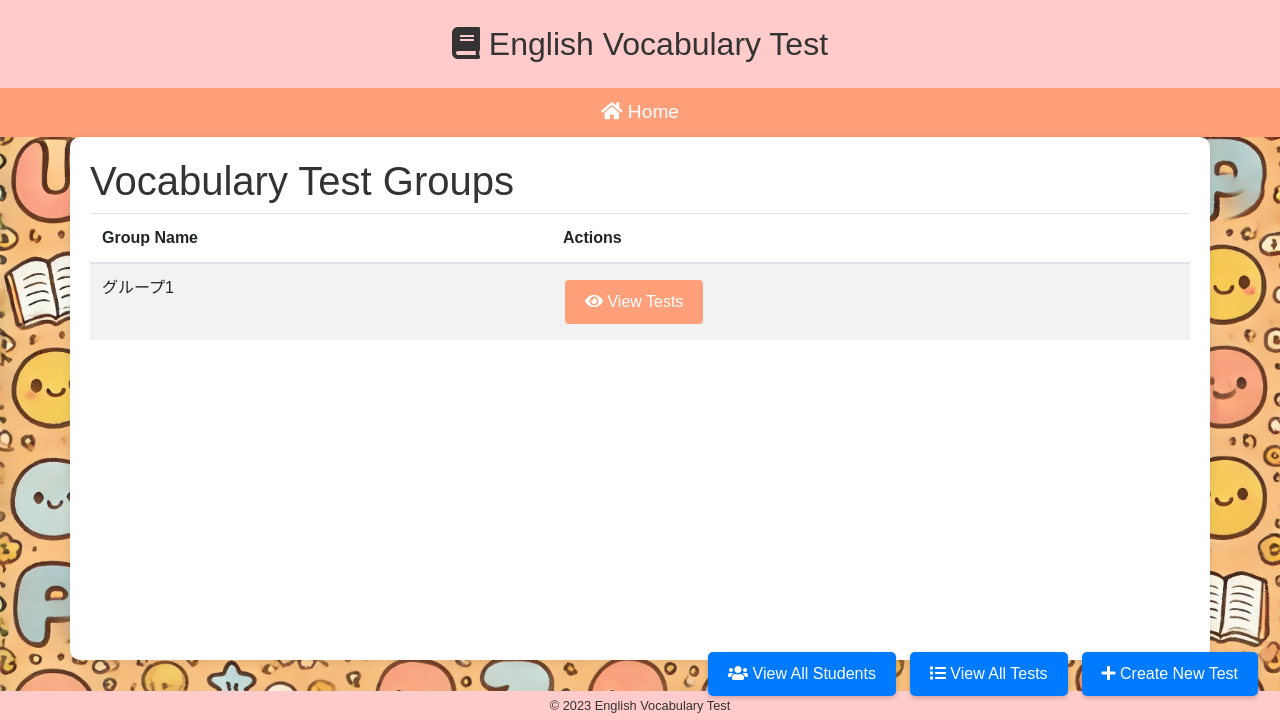
Repository: YamatoGH/testapp
Page: http://localhost/
The author's editor kept a copy of each file at every save. The page is drawn from the files as they stood at one save, then again after the next save.
The browser window is 1280 px wide. The pictures show the whole page.
The page is served by the project's application, run on Django 5.2 (manage.py).

Above is the page before, as saved 2024-07-21 12:24:09.

After the next save:
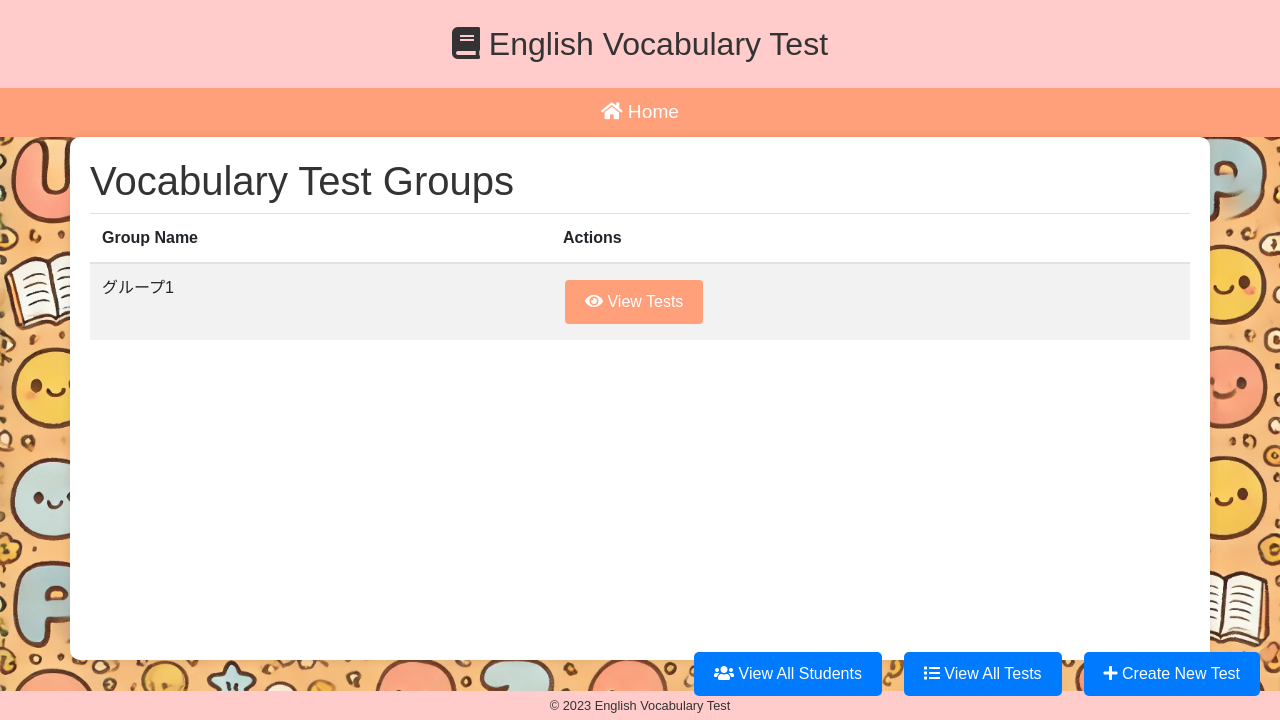
Saved 3 min 0 s later.
--- a/testapp/static/testapp/css/style.css
+++ b/testapp/static/testapp/css/style.css
@@ -103,11 +103,9 @@ footer {
     right: 20px !important;
     display: flex !important;
     flex-direction: row !important;
-    gap: 10px !important;
+    gap: 10px !important;  /* Adjust this value to control spacing between buttons */
     align-items: center !important;
     z-index: 1000 !important;
-    /* background-color: rgba(255, 255, 255, 0.8) !important;  Optional: for better visibility */
-    /* padding: 10px !important;  Optional: for better spacing */
 }
 
 .fixed-buttons .btn-custom {
@@ -115,11 +113,25 @@ footer {
     color: white !important;
     padding: 10px 20px !important;
     border-radius: 5px !important;
-    text-decoration: none !important;
-    box-shadow: 0 2px 5px rgba(0,0,0,0.2) !important;
-    transition: background-color 0.3s ease !important;
+    text-decoration: none !重要
+    box-shadow: 0 2px 5px rgba(0,0,0,0.2) !重要
+    transition: background-color 0.3s ease !重要
 }
 
 .fixed-buttons .btn-custom:hover {
-    background-color: #0056b3 !important;
+    background-color: #0056b3 !重要
 }
+
+/* Additional margin for individual button adjustment */
+.view-all-students-button {
+    margin-right: 10px !important;  /* Adjust as needed */
+}
+
+.all-tests-button {
+    margin-right: 10px !important;  /* Adjust as needed */
+}
+
+/* No margin for the last button */
+.create-test-button {
+    margin-right: 0 !important;
+}
